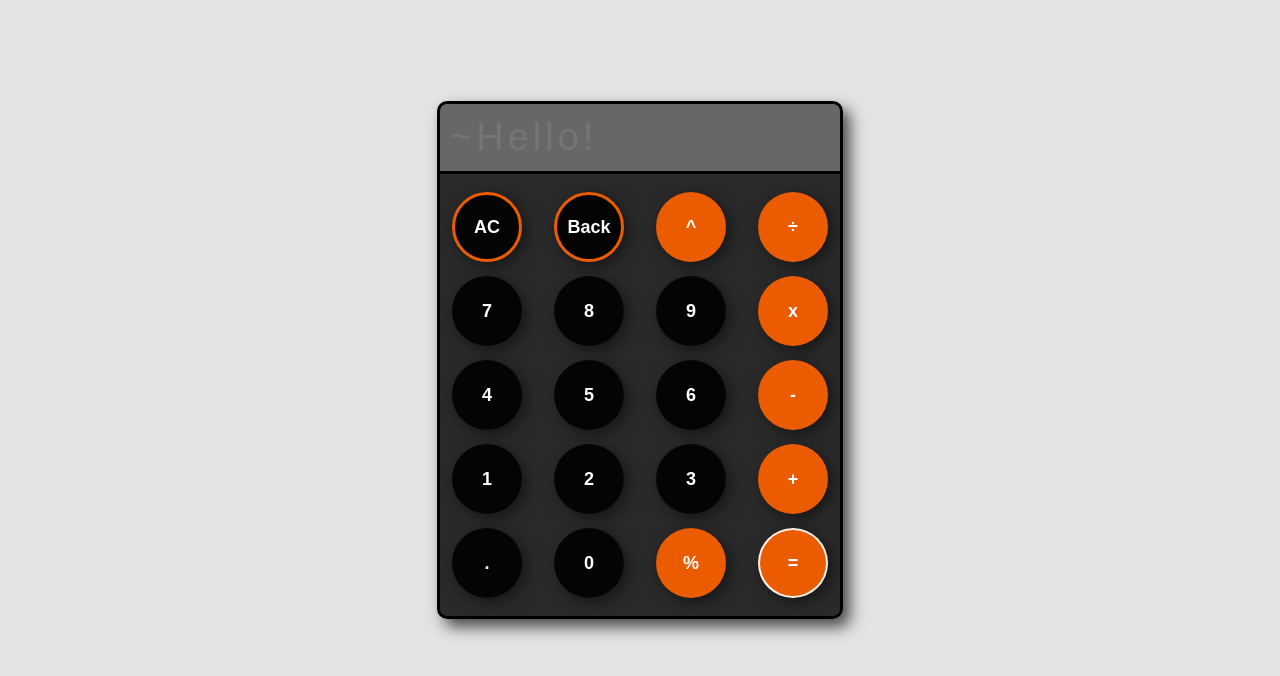
Repository: SakthivelDurai47/calculator
Page: index.html
An editor plug-in stored every save of this project. The page is shown before and after the next save, followed by the edit.
The browser window is 1280 px wide. The pictures show the whole page.

Above is the page before, as saved 2025-04-13 17:07:30.

After the next save:
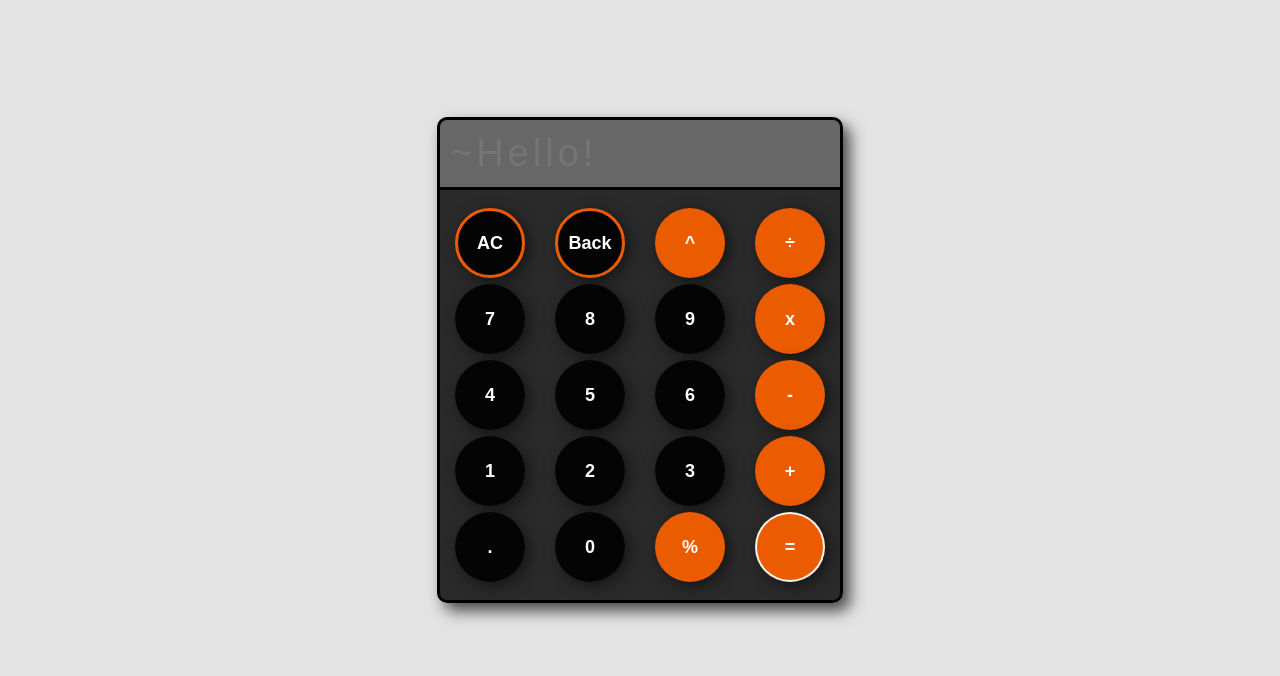
Saved 5 s later.
--- a/styles.css
+++ b/styles.css
@@ -9,7 +9,7 @@
 #buttons {
   display: grid;
   grid-template-columns: repeat(4, 1fr);
-  gap: 8px;
+
   align-items: center;
   justify-items: center;
 }

After the save that followed:
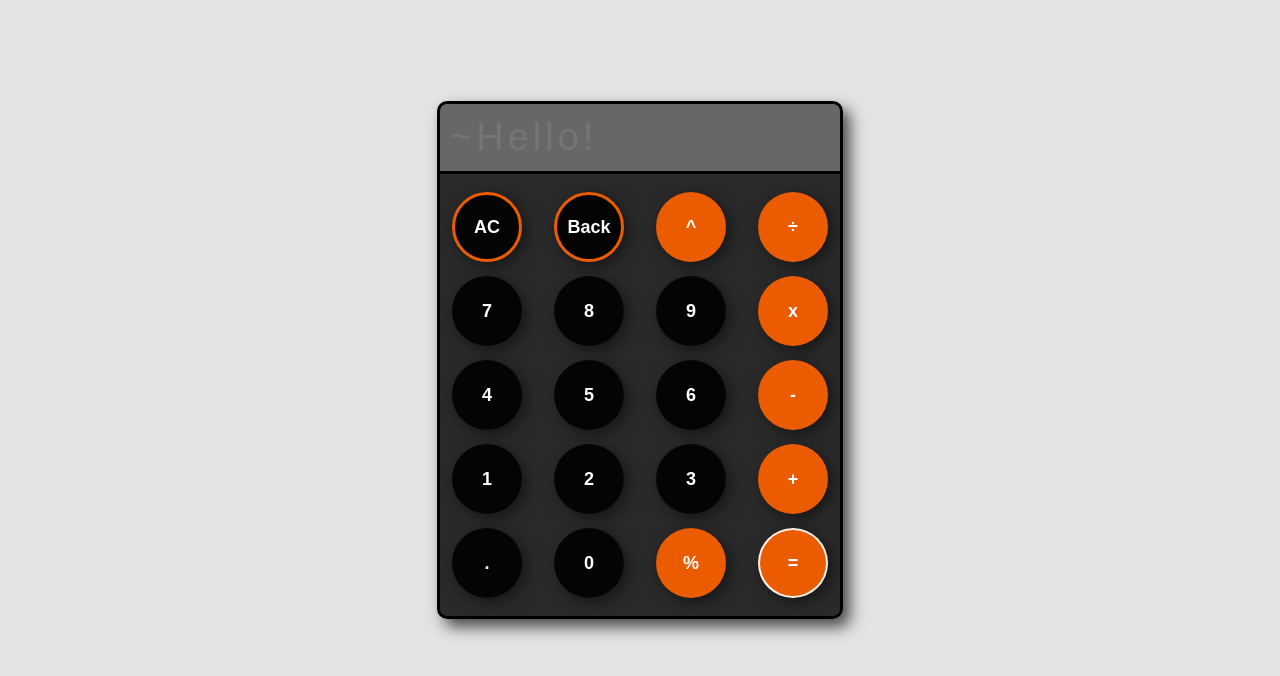
Saved 7 s later.
--- a/styles.css
+++ b/styles.css
@@ -9,7 +9,7 @@
 #buttons {
   display: grid;
   grid-template-columns: repeat(4, 1fr);
-
+  gap: 8px;
   align-items: center;
   justify-items: center;
 }
